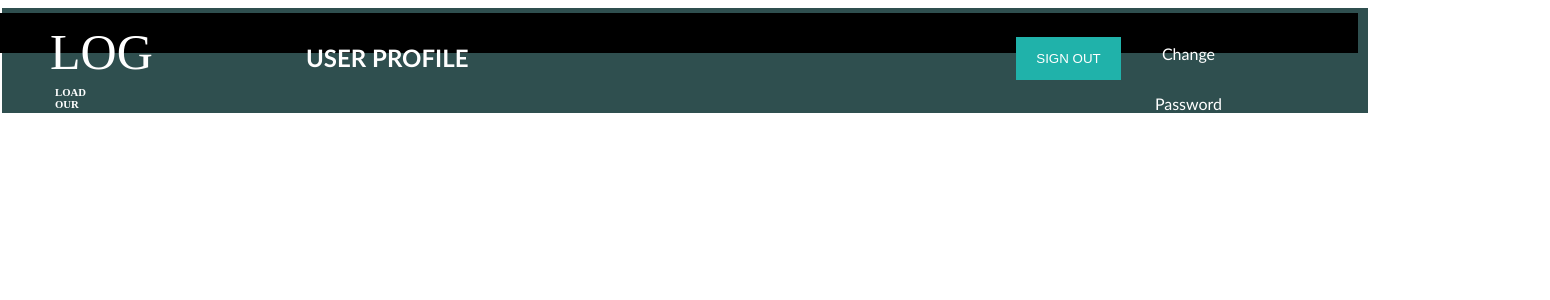
Repository: NAYAN9534/vehicle-booking-system
Page: minor/WebContent/userprofile.html
An editor plug-in stored every save of this project. The page is shown before and after the next save, followed by the edit.
The browser window is 1280 px wide. The page is 1368 px wide, then 1550 px, so the pictures cover 1550 px, including what lies to the right of the window. The pictures show the whole page.

Above is the page before, as saved 2017-05-29 05:35:37.

After the next save:
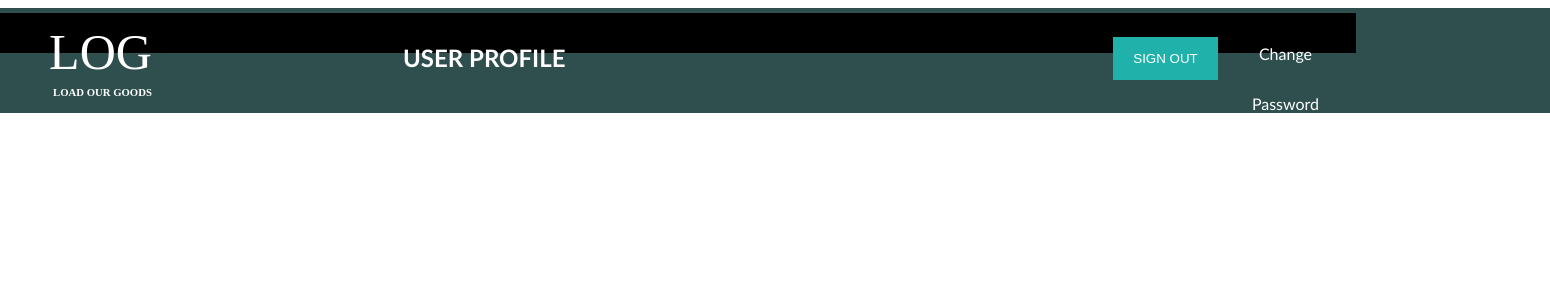
Saved 29 s later.
--- a/minor/WebContent/userprofile.html
+++ b/minor/WebContent/userprofile.html
@@ -12,14 +12,14 @@
        position:relative;
 
        height:70px;
-       width:1366px;
-       margin-left: -6px;
+       width:1550px;
+       margin-left: -8px;
 
   }
   #header_img
   {
        float:left;
-       width: 1px;
+       width: 100px;
        height: 80px;
        margin-left: 53px;
 
